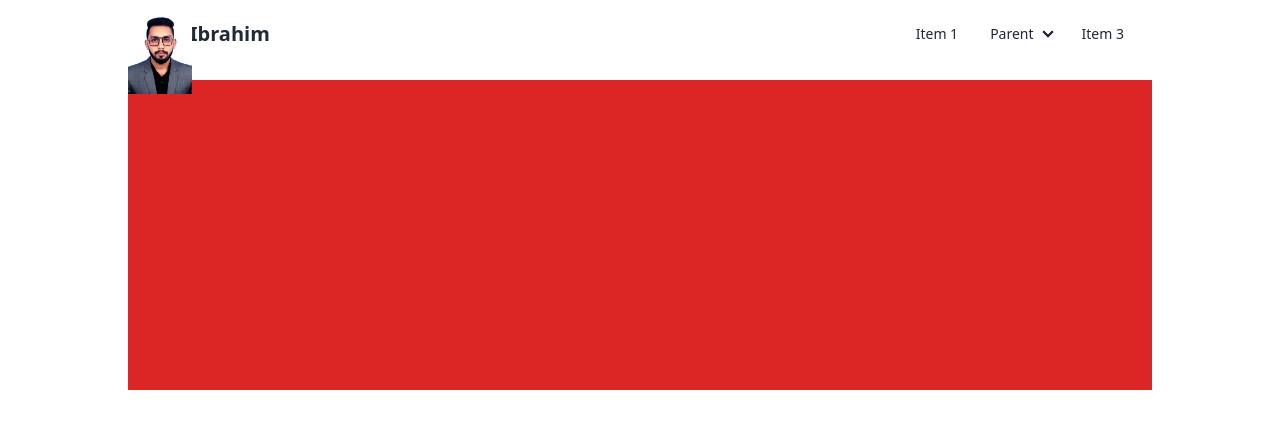
Repository: mdrubel02/portfilo
Page: /
These files come from the project's save history. The page is drawn as it stood at one moment and after the next save; the edit follows.
The browser window is 1280 px wide. The pictures show the whole page.
The project was rebuilt for these pictures with package versions that can differ from the ones it lists, and the page was loaded fresh each time. Also part of the build but not shown: vite.config.js.

Above is the page before, as saved 2023-06-22 19:57:53.

### src/main.jsx
import React from 'react'
import ReactDOM from 'react-dom/client'
import './index.css'
import { RouterProvider } from 'react-router-dom'
import router from './Layout/routes'



ReactDOM.createRoot(document.getElementById('root')).render(
  <React.StrictMode>
    <div className='max-w-screen-lg mx-auto'>
      <RouterProvider router={router} />
    </div>
  </React.StrictMode>,
)

### src/Layout/routes.jsx
import { createBrowserRouter } from "react-router-dom";
import Main from "./Main";
import Home from "../Pages/Home/Home";


const router = createBrowserRouter([
  {
    path: "/",
    element: <Main />,
    children: [
      { path: '/', element: <Home /> },
      { path: '/home', element: <Home /> }
    ]
  }
]);

export default router;

### src/Layout/Main.jsx
import React from 'react';
import Navbar from '../Shared/Navbar/Navbar';
import { Outlet } from 'react-router-dom';

const Main = () => {
    return (
        <div className=''>
            <Navbar />
            <Outlet />
        </div>
    );
};

export default Main;

### src/Pages/Home/Home.jsx
import React from 'react';
import profile from '../../assets/nayeem.jpg'

const Home = () => {
    return (
        <div className='mt-3'>
            <div className='h-[310px] bg-red-600'>
                <div className='grid grid-rows-2 grid-flow-col gap-4 relative'>
                    <div className=''>
                        <div className='absolute bottom-[2px] left-0'>
                        <img className='h-20 ' src={profile} alt="profile" />
                        </div>
                    </div>
                    <div></div>
                </div>
            </div>
        </div>
    );
};

export default Home;

### src/Shared/Navbar/Navbar.jsx
import React from 'react';

const Navbar = () => {
    return (
        <div className="navbar bg-base-100 ">
            <div className="navbar-start">
            <div className="dropdown ">
                    <label tabIndex={0} className="btn btn-ghost lg:hidden">
                        <svg xmlns="http://www.w3.org/2000/svg" className="h-5 w-5" fill="none" viewBox="0 0 24 24" stroke="currentColor"><path strokeLinecap="round" strokeLinejoin="round" strokeWidth="2" d="M4 6h16M4 12h8m-8 6h16" /></svg>
                    </label>
                    <ul tabIndex={0} className="menu menu-sm dropdown-content mt-3 z-[1] p-2 shadow bg-base-100 rounded-box w-52">
                        <li><a>Item 1</a></li>
                        <li>
                            <a>Parent</a>
                            <ul className="p-2">
                                <li><a>Submenu 1</a></li>
                                <li><a>Submenu 2</a></li>
                            </ul>
                        </li>
                        <li><a>Item 3</a></li>
                    </ul>
                </div>
                <a className="btn btn-ghost normal-case text-xl">Md Ibrahim</a>
            </div>
            <div className="navbar-end hidden lg:flex">
                <ul className="menu menu-horizontal px-1">
                    <li><a>Item 1</a></li>
                    <li tabIndex={0}>
                        <details>
                            <summary>Parent</summary>
                            <ul className="p-2">
                                <li><a>Submenu 1</a></li>
                                <li><a>Submenu 2</a></li>
                            </ul>
                        </details>
                    </li>
                    <li><a>Item 3</a></li>
                </ul>
            </div>


        </div>
    );
};

export default Navbar;

Loaded but not shown: index.html (common file); src/index.css (common file); tailwind.config.js (common file)

After the next save:
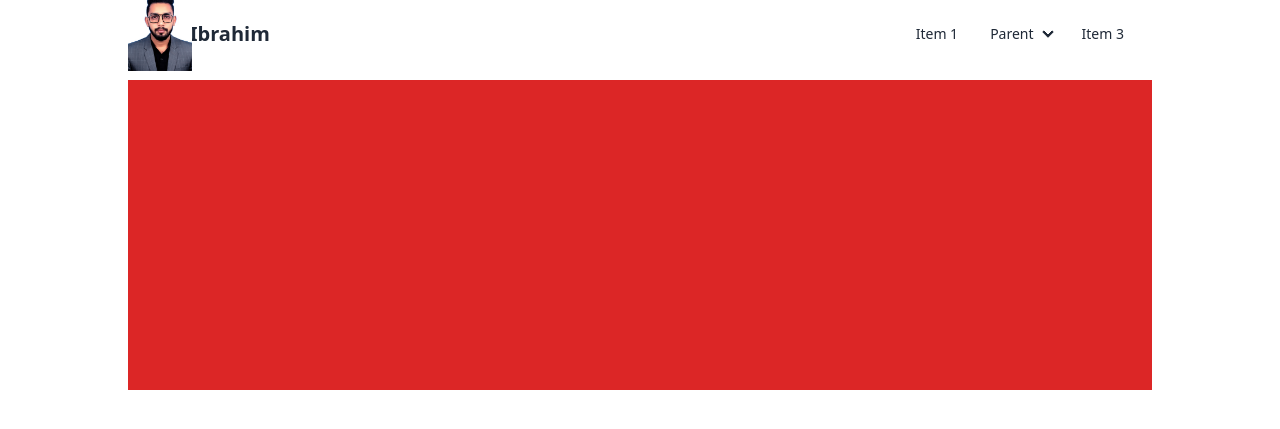
Saved 11 s later.
--- a/src/Pages/Home/Home.jsx
+++ b/src/Pages/Home/Home.jsx
@@ -7,7 +7,7 @@ const Home = () => {
             <div className='h-[310px] bg-red-600'>
                 <div className='grid grid-rows-2 grid-flow-col gap-4 relative'>
                     <div className=''>
-                        <div className='absolute bottom-[2px] left-0'>
+                        <div className='absolute bottom-[25px] left-0'>
                         <img className='h-20 ' src={profile} alt="profile" />
                         </div>
                     </div>
